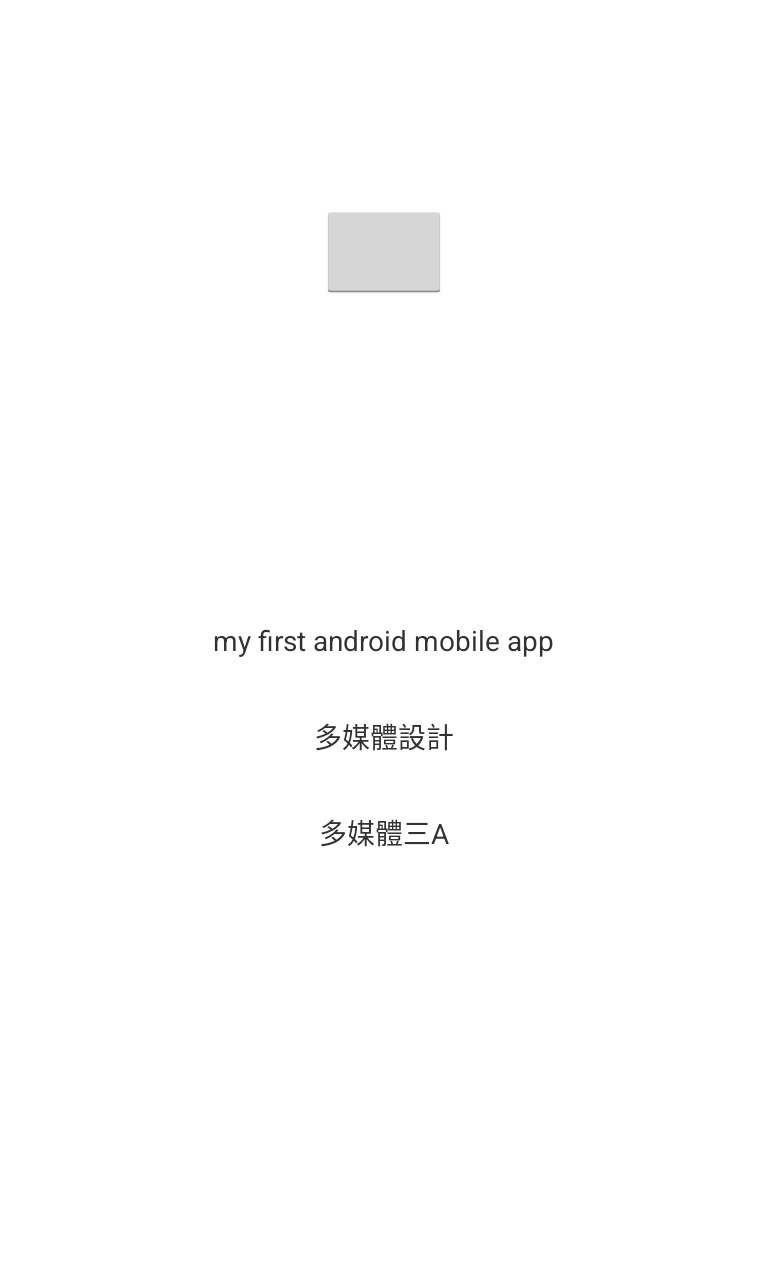
Repository: ericluo1123/myAndroidCode
Layout: myAndroidProject/res/layout/activity_main.xml
These files come from the project's save history. The layout is drawn as it stood at one moment and after the next save; the edit follows.
It is drawn on a 768 x 1280 px phone screen (xhdpi) without system bars, with theme AppTheme; the app's code is not run.

Above is the layout before, as saved 2014-09-26 05:39:01.

After the next save:
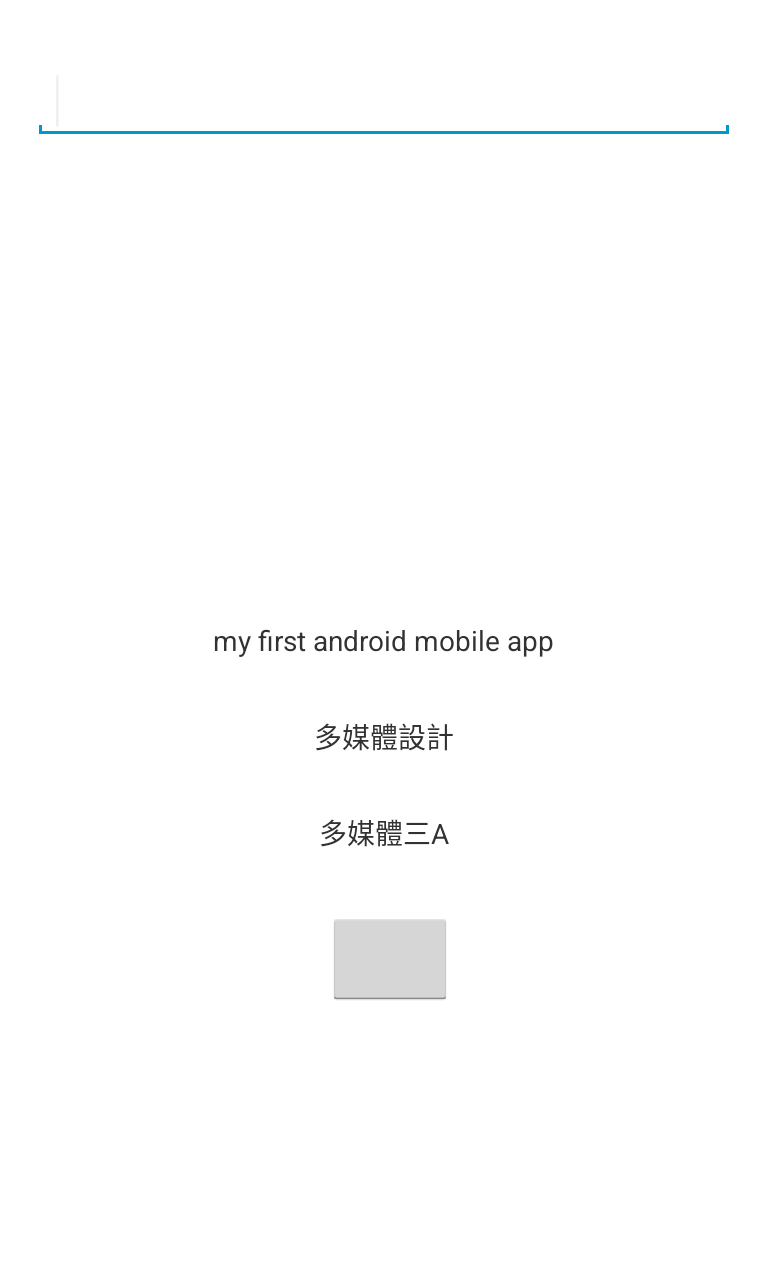
Saved 2 min 0 s later.
--- a/myAndroidProject/res/layout/activity_main.xml
+++ b/myAndroidProject/res/layout/activity_main.xml
@@ -34,12 +34,23 @@
         android:layout_marginTop="27dp"
         android:text="@string/Text" />
 
+    <EditText
+        android:id="@+id/editText1"
+        android:layout_width="match_parent"
+        android:layout_height="wrap_content"
+        android:layout_alignParentTop="true"
+        android:layout_marginTop="15dp"
+        android:ems="10" >
+
+        <requestFocus />
+    </EditText>
+
     <Button
         android:id="@+id/button1"
         android:layout_width="wrap_content"
         android:layout_height="wrap_content"
-        android:layout_alignParentTop="true"
-        android:layout_centerHorizontal="true"
-        android:layout_marginTop="86dp" />
+        android:layout_alignRight="@+id/textView1"
+        android:layout_below="@+id/textView3"
+        android:layout_marginTop="29dp" />
 
 </RelativeLayout>
